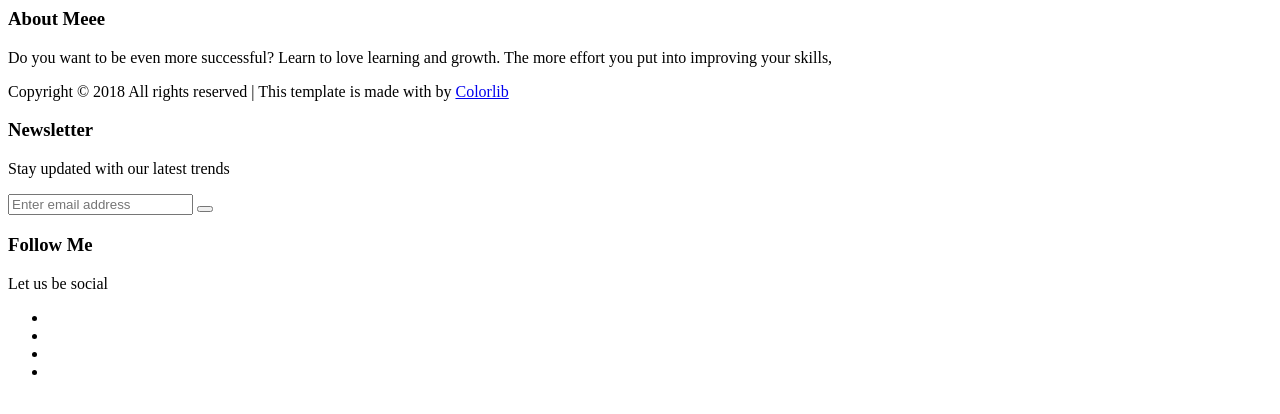
Repository: ChaabeneHabib/habib-chaabene
Page: footer.html
An editor plug-in stored every save of this project. The page is shown before and after the next save, followed by the edit.
The browser window is 1280 px wide. The pictures show the whole page.

Above is the page before, as saved 2019-11-17 22:18:53.

### footer.html

    <div class="container">
        <div class="row footer_inner">
            <div class="col-lg-5 col-sm-6">
                <aside class="f_widget ab_widget">
                    <div class="f_title">
                        <h3>About Meee</h3>
                    </div>
                    <p>Do you want to be even more successful? Learn to love learning and growth. The more effort you
                        put into improving your skills,</p>
                    <p>
                        <!-- Link back to Colorlib can't be removed. Template is licensed under CC BY 3.0. -->
                        Copyright &copy;
                        <script>document.write(new Date().getFullYear());</script> All rights reserved | This template
                        is made with <i class="fa fa-heart-o" aria-hidden="true"></i> by <a href="https://colorlib.com"
                            target="_blank">Colorlib</a>
                        <!-- Link back to Colorlib can't be removed. Template is licensed under CC BY 3.0. -->
                    </p>
                </aside>
            </div>
            <div class="col-lg-5 col-sm-6">
                <aside class="f_widget news_widget">
                    <div class="f_title">
                        <h3>Newsletter</h3>
                    </div>
                    <p>Stay updated with our latest trends</p>
                    <div id="mc_embed_signup">
                        <form target="_blank"
                            action="https://spondonit.us12.list-manage.com/subscribe/post?u=1462626880ade1ac87bd9c93a&amp;id=92a4423d01"
                            method="get" class="subscribe_form relative">
                            <div class="input-group d-flex flex-row">
                                <input name="EMAIL" placeholder="Enter email address" onfocus="this.placeholder = ''"
                                    onblur="this.placeholder = 'Email Address '" required="" type="email">
                                <button class="btn sub-btn"><span class="lnr lnr-arrow-right"></span></button>
                            </div>
                            <div class="mt-10 info"></div>
                        </form>
                    </div>
                </aside>
            </div>
            <div class="col-lg-2">
                <aside class="f_widget social_widget">
                    <div class="f_title">
                        <h3>Follow Me</h3>
                    </div>
                    <p>Let us be social</p>
                    <ul class="list">
                        <li><a href="#"><i class="fa fa-facebook"></i></a></li>
                        <li><a href="#"><i class="fa fa-twitter"></i></a></li>
                        <li><a href="#"><i class="fa fa-dribbble"></i></a></li>
                        <li><a href="#"><i class="fa fa-behance"></i></a></li>
                    </ul>
                </aside>
            </div>
        </div>
    </div>

<!--================End Footer Area =================-->

After the next save:
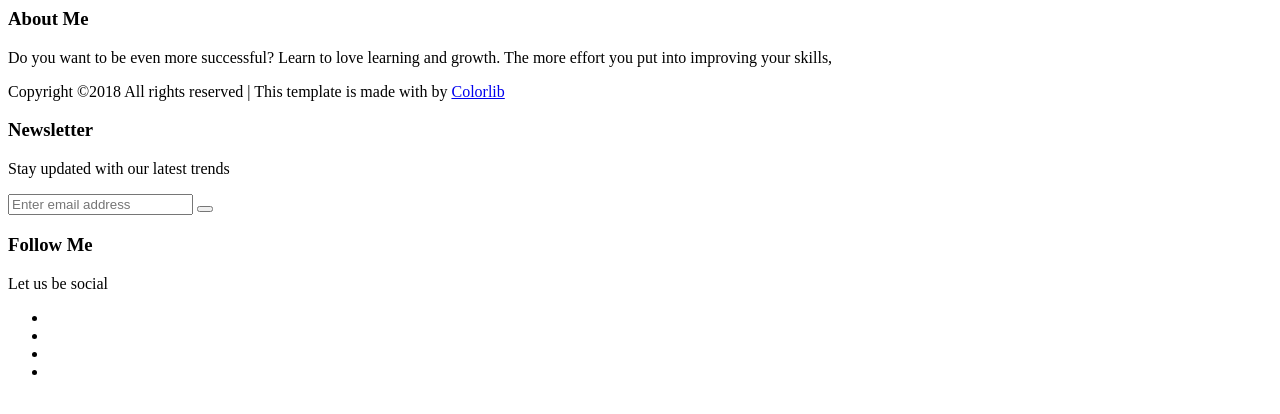
Saved 22 s later.
--- a/footer.html
+++ b/footer.html
@@ -1,21 +1,15 @@
-
+<footer class="footer_area p_120">
     <div class="container">
         <div class="row footer_inner">
             <div class="col-lg-5 col-sm-6">
                 <aside class="f_widget ab_widget">
                     <div class="f_title">
-                        <h3>About Meee</h3>
+                        <h3>About Me</h3>
                     </div>
-                    <p>Do you want to be even more successful? Learn to love learning and growth. The more effort you
-                        put into improving your skills,</p>
-                    <p>
-                        <!-- Link back to Colorlib can't be removed. Template is licensed under CC BY 3.0. -->
-                        Copyright &copy;
-                        <script>document.write(new Date().getFullYear());</script> All rights reserved | This template
-                        is made with <i class="fa fa-heart-o" aria-hidden="true"></i> by <a href="https://colorlib.com"
-                            target="_blank">Colorlib</a>
-                        <!-- Link back to Colorlib can't be removed. Template is licensed under CC BY 3.0. -->
-                    </p>
+                    <p>Do you want to be even more successful? Learn to love learning and growth. The more effort you put into improving your skills,</p>
+                    <p><!-- Link back to Colorlib can't be removed. Template is licensed under CC BY 3.0. -->
+Copyright &copy;<script>document.write(new Date().getFullYear());</script> All rights reserved | This template is made with <i class="fa fa-heart-o" aria-hidden="true"></i> by <a href="https://colorlib.com" target="_blank">Colorlib</a>
+<!-- Link back to Colorlib can't be removed. Template is licensed under CC BY 3.0. --></p>
                 </aside>
             </div>
             <div class="col-lg-5 col-sm-6">
@@ -25,12 +19,9 @@
                     </div>
                     <p>Stay updated with our latest trends</p>
                     <div id="mc_embed_signup">
-                        <form target="_blank"
-                            action="https://spondonit.us12.list-manage.com/subscribe/post?u=1462626880ade1ac87bd9c93a&amp;id=92a4423d01"
-                            method="get" class="subscribe_form relative">
+                        <form target="_blank" action="https://spondonit.us12.list-manage.com/subscribe/post?u=1462626880ade1ac87bd9c93a&amp;id=92a4423d01" method="get" class="subscribe_form relative">
                             <div class="input-group d-flex flex-row">
-                                <input name="EMAIL" placeholder="Enter email address" onfocus="this.placeholder = ''"
-                                    onblur="this.placeholder = 'Email Address '" required="" type="email">
+                                <input name="EMAIL" placeholder="Enter email address" onfocus="this.placeholder = ''" onblur="this.placeholder = 'Email Address '" required="" type="email">
                                 <button class="btn sub-btn"><span class="lnr lnr-arrow-right"></span></button>
                             </div>
                             <div class="mt-10 info"></div>
@@ -54,5 +45,5 @@
             </div>
         </div>
     </div>
-
+</footer>
 <!--================End Footer Area =================-->
